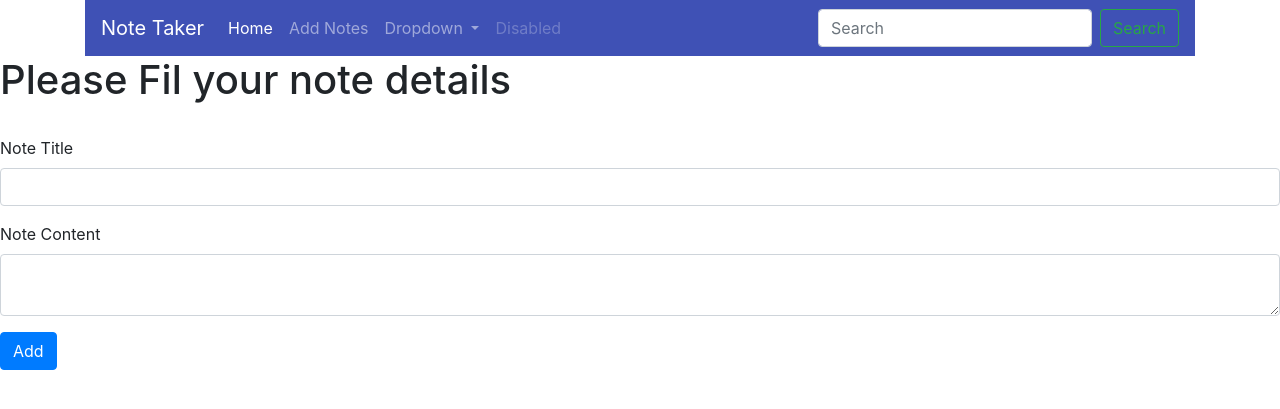
Repository: SudarshanSarnaik/Note_Taker
Page: http://localhost/NoteTaker/add_notes.jsp
These files come from the project's save history. The page is drawn as it stood at one moment and after the next save; the edit follows.
The browser window is 1280 px wide. The pictures show the whole page.
The page is served by Tomcat 9. Other server files are loaded and not shown.

Above is the page before, as saved 2025-01-28 05:33:14.

### NoteTaker/src/main/webapp/add_notes.jsp

<%@ page language="java" contentType="text/html; charset=UTF-8"
	pageEncoding="UTF-8"%>
<!DOCTYPE html>
<html>
<head>
<meta charset="UTF-8">
<!-- Bootstrap CSS -->
<link rel="stylesheet"
	href="https://cdn.jsdelivr.net/npm/bootstrap@4.4.1/dist/css/bootstrap.min.css"
	integrity="sha384-Vkoo8x4CGsO3+Hhxv8T/Q5PaXtkKtu6ug5TOeNV6gBiFeWPGFN9MuhOf23Q9Ifjh"
	crossorigin="anonymous">
<link href="css/style.css" rel="stylesheet" />
<title>Add Notes</title>
</head>
<body>

	<div class="container">
		<%@ include file="navbar.jsp"%>


	</div>

	<h1>Please Fil your note details</h1>
	<br>


	<form action="SaveNoteServlet" method="post">
		<div class="mb-3">
			<label for="title" class="form-label">Note Title</label>
			<input type="text" class="form-control"
				id="title" aria-describedby="emailHelp">

		</div>

		<div class="mb-3">
			<label for="content" class="form-label">Note Content</label>
			<textarea style="hight:300px;" class="form-control"
				id="content">
				</textarea>
		</div>
		<div></div>
		<button type="submit" class="btn btn-primary">Add</button>
	</form>

	<!-- form -->

	<!-- Optional JavaScript -->
	<!-- jQuery first, then Popper.js, then Bootstrap JS -->
	<script src="https://code.jquery.com/jquery-3.4.1.slim.min.js"
		integrity="sha384-J6qa4849blE2+poT4WnyKhv5vZF5SrPo0iEjwBvKU7imGFAV0wwj1yYfoRSJoZ+n"
		crossorigin="anonymous"></script>
	<script
		src="https://cdn.jsdelivr.net/npm/popper.js@1.16.0/dist/umd/popper.min.js"
		integrity="sha384-Q6E9RHvbIyZFJoft+2mJbHaEWldlvI9IOYy5n3zV9zzTtmI3UksdQRVvoxMfooAo"
		crossorigin="anonymous"></script>
	<script
		src="https://cdn.jsdelivr.net/npm/bootstrap@4.4.1/dist/js/bootstrap.min.js"
		integrity="sha384-wfSDF2E50Y2D1uUdj0O3uMBJnjuUD4Ih7YwaYd1iqfktj0Uod8GCExl3Og8ifwB6"
		crossorigin="anonymous"></script>
</body>
</html>

### NoteTaker/src/main/webapp/navbar.jsp
<nav class="navbar navbar-expand-lg navbar-dark purple">
  <a class="navbar-brand" href="index.jsp">Note Taker</a>
  <button class="navbar-toggler" type="button" data-toggle="collapse" data-target="#navbarSupportedContent" aria-controls="navbarSupportedContent" aria-expanded="false" aria-label="Toggle navigation">
    <span class="navbar-toggler-icon"></span>
  </button>

  <div class="collapse navbar-collapse" id="navbarSupportedContent">
    <ul class="navbar-nav mr-auto">
      <li class="nav-item active">
        <a class="nav-link" href="index.jsp">Home <span class="sr-only">(current)</span></a>
      </li>
      <li class="nav-item">
        <a class="nav-link" href="add_notes.jsp">Add Notes</a>
      </li>
      <li class="nav-item dropdown">
        <a class="nav-link dropdown-toggle" href="#" id="navbarDropdown" role="button" data-toggle="dropdown" aria-haspopup="true" aria-expanded="false">
          Dropdown
        </a>
        <div class="dropdown-menu" aria-labelledby="navbarDropdown">
          <a class="dropdown-item" href="#">Action</a>
          <a class="dropdown-item" href="#">Another action</a>
          <div class="dropdown-divider"></div>
          <a class="dropdown-item" href="#">Something else here</a>
        </div>
      </li>
      <li class="nav-item">
        <a class="nav-link disabled" href="#">Disabled</a>
      </li>
    </ul>
    <form class="form-inline my-2 my-lg-0">
      <input class="form-control mr-sm-2" type="search" placeholder="Search" aria-label="Search">
      <button class="btn btn-outline-success my-2 my-sm-0" type="submit">Search</button>
    </form>
  </div>
</nav>

### NoteTaker/src/main/webapp/css/style.css

.purple{
	background: #3f51b5;

}

After the next save:
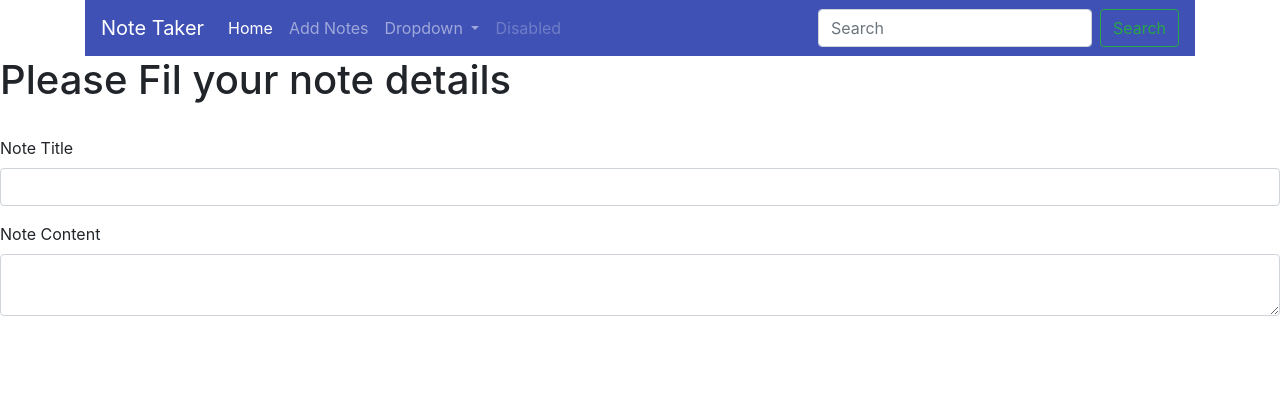
Saved 4 s later.
--- a/NoteTaker/src/main/webapp/add_notes.jsp
+++ b/NoteTaker/src/main/webapp/add_notes.jsp
@@ -40,7 +40,7 @@
 				</textarea>
 		</div>
 		<div></div>
-		<button type="submit" class="btn btn-primary">Add</button>
+
 	</form>
 
 	<!-- form -->
